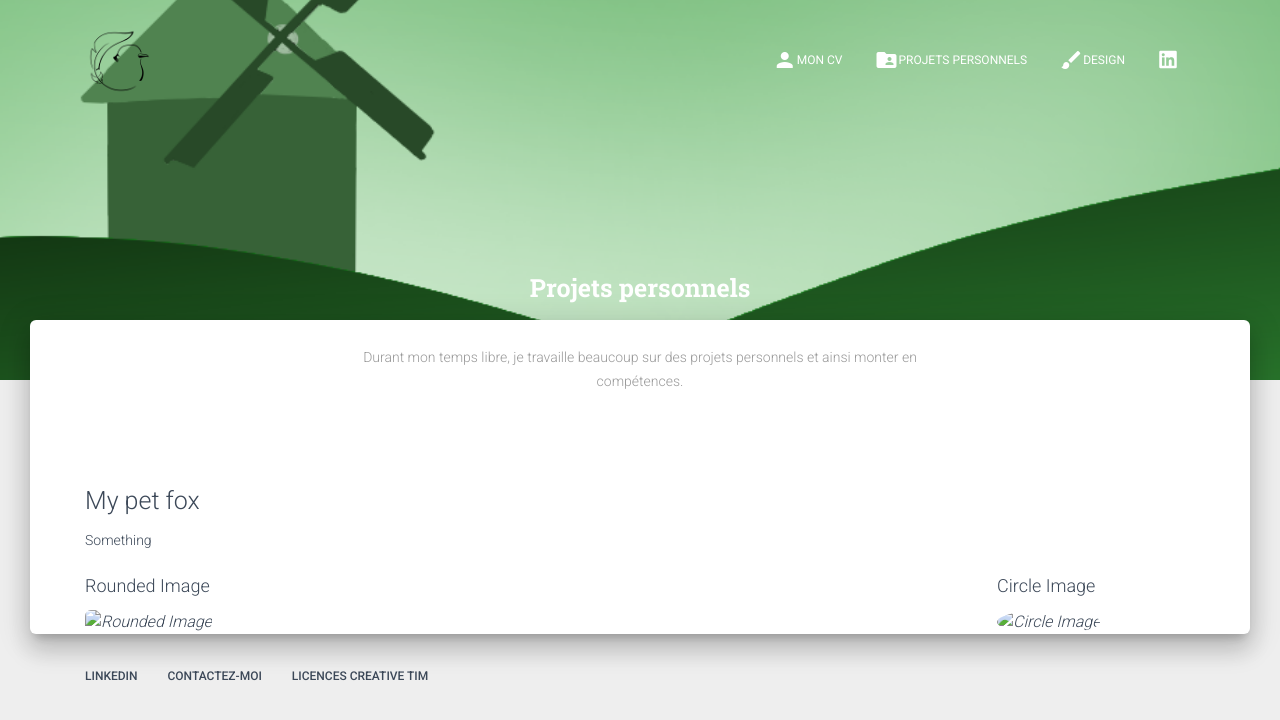
Repository: sdeschaepmeester/NewPortfolio
Page: /#/projects
These files come from the project's save history. The page is drawn as it stood at one moment and after the next save; the edit follows.
The browser window is 1280 px wide. The pictures show the whole page.
Some web libraries are served in a nearby version. The project was rebuilt for these pictures with package versions that can differ from the ones it lists, and the page was loaded fresh each time. Also part of the build but not shown: vue.config.js, src/views/components/APropos.vue, src/views/components/NavigationSection.vue, src/views/components/SmallNavigationSection.vue, src/components/Dropdown.vue, src/components/Pagination.vue, src/components/Slider.vue, src/components/Badge.vue and 15 more.

Above is the page before, as saved 2022-07-11 18:29:00.

After the next save:
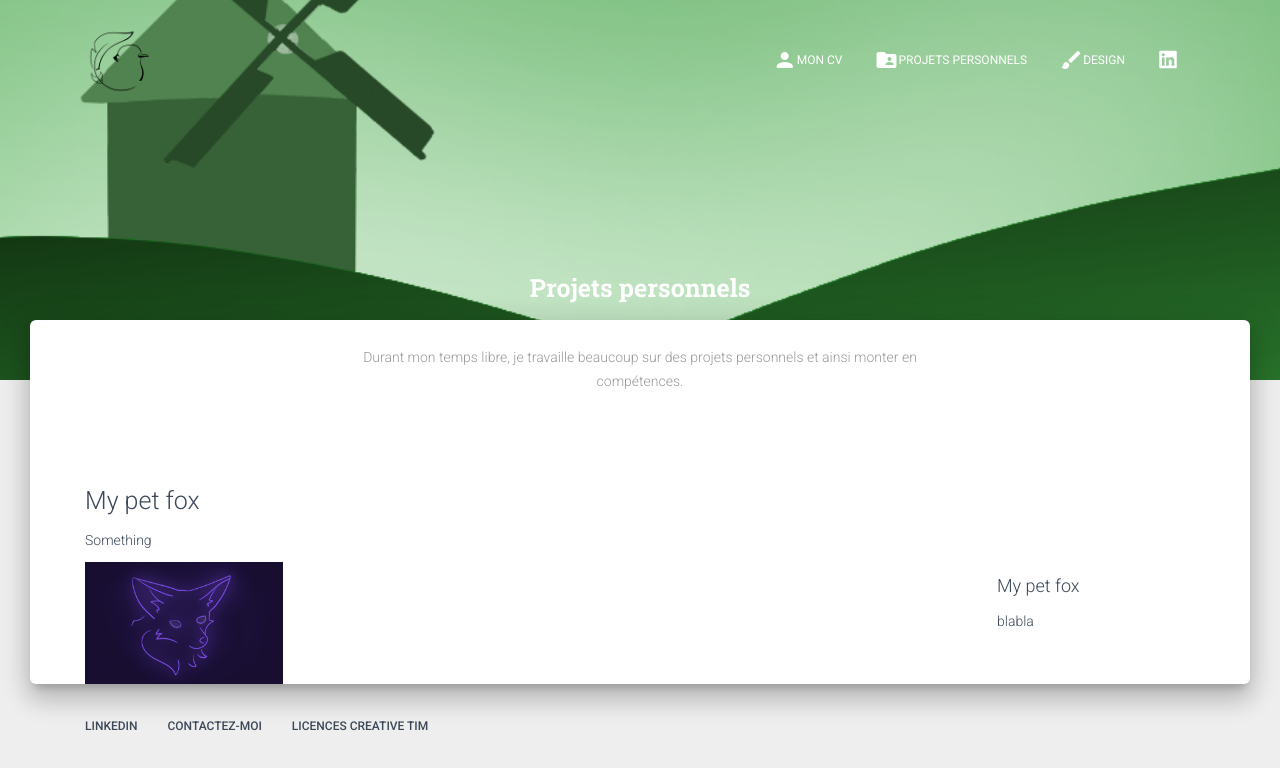
Saved 84 s later.
--- a/src/views/Projects.vue
+++ b/src/views/Projects.vue
@@ -36,25 +36,16 @@
           class="md-layout-item md-size-20 md-xsmall-size-100"
           :class="{ 'text-center': responsive }"
         >
-          <h4>Rounded Image</h4>
           <img
-            :src="image"
-            alt="Rounded Image"
-            class="rounded"
-            :class="{ 'responsive-image': responsive }"
+            :src="require('@/assets/img/drawing/neon-fox.png')"
           />
         </div>
         <div
           class="md-layout-item md-size-20 md-xsmall-size-100 ml-auto"
           :class="{ 'text-center': responsive }"
         >
-          <h4>Circle Image</h4>
-          <img
-            :src="image"
-            alt="Circle Image"
-            class="rounded-circle"
-            :class="{ 'responsive-image': responsive }"
-          />
+          <h4>My pet fox</h4>
+          <p>blabla</p>
         </div>
       </div>
 
